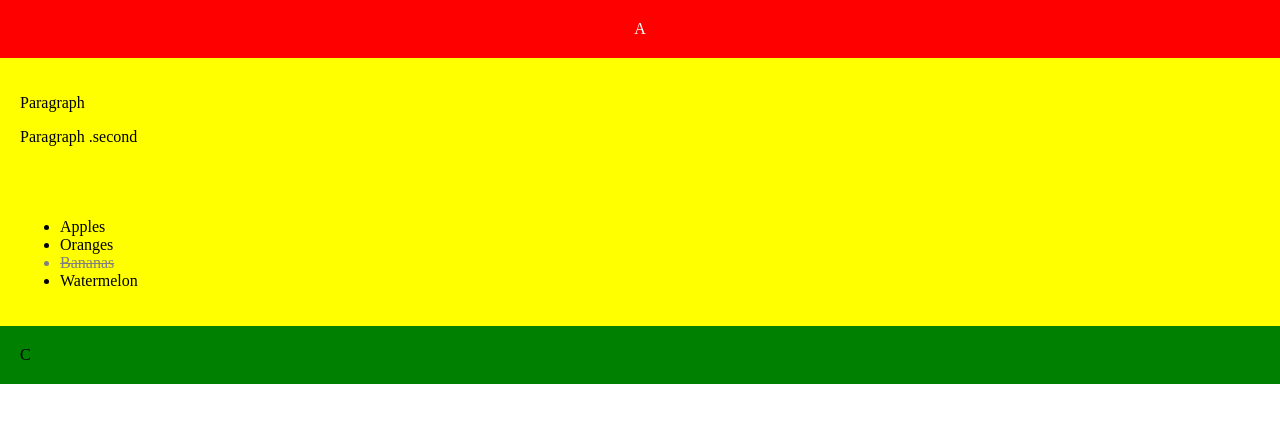
Repository: zdsherlock/Test-for-js
Page: index.html
These files come from the project's save history. The page is drawn as it stood at one moment and after the next save; the edit follows.
The browser window is 1280 px wide. The pictures show the whole page.

Above is the page before, as saved 2021-03-28 15:35:38.

### index.html
<!DOCTYPE html>
<html lang = "en">
    <head>
        <meta charset="UTF-8">
        <meta name="viewport" content="width=device-width, initial-scale=1.0">
        <title>2021练习页面</title>
        <link rel="stylesheet" href="css/style.css">
    </head>
    <body>
        <header>A</header>
        <section class="paragraph">
            <p>Paragraph</p>
            <p>Paragraph .second</p>
        </section>
        <section class="list">
            <ul>
                <li>Apples</li>
                <li>Oranges</li>
                <li class="delete">Bananas</li>
                <li>Watermelon</li>
            </ul>
        </section>
        <footer>C</footer>

        <script src="scripts/main.js"></script>
    </body>
</html>

### css/style.css
body    {
    margin:  0;
    padding:  0;
}

header  {
    background-color:  red;
    color:  white;
    padding:  20px;
    text-align:  center;
}

section {
    background-color: yellow;
    padding:  20px;
}

.paragraph  {

}

.list ul li.delete  {
    color:  gray;
    text-decoration: line-through;
}

footer  {
    background-color: green;
    padding:  20px;

}

Loaded but not shown: scripts/main.js (no stored copy; drawn as an empty file)

After the next save:
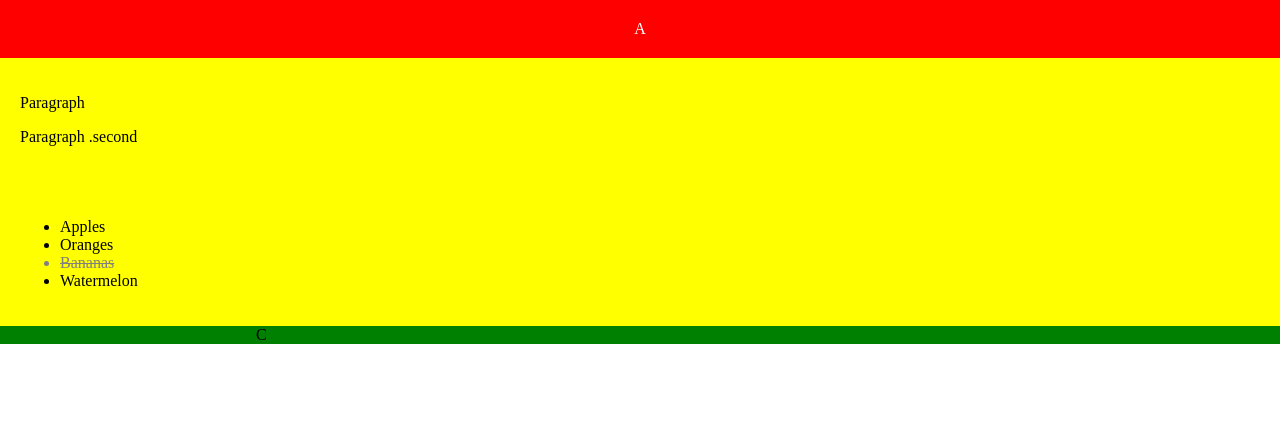
Saved 19 s later.
--- a/css/style.css
+++ b/css/style.css
@@ -26,6 +26,6 @@ section {
 
 footer  {
     background-color: green;
-    padding:  20px;
+    padding-left: 20%;
 
 }
